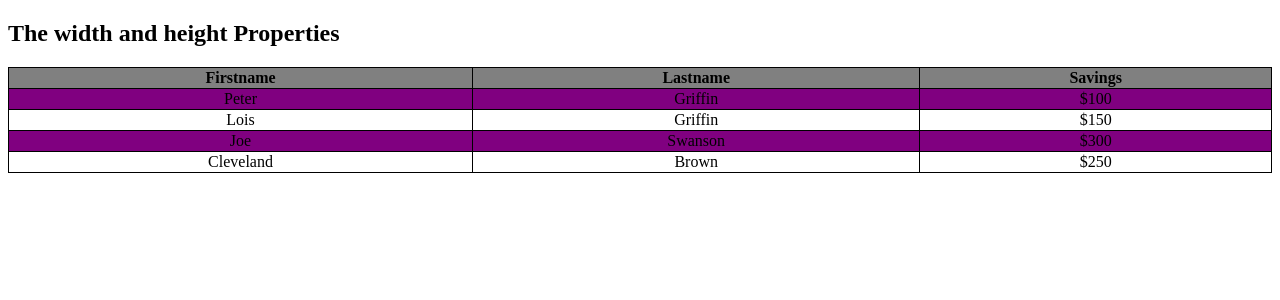
Repository: poomshen/team_03_project2
Page: WebBasic/WebContent/Ex22_Css_Table_LayOut.html
These files come from the project's save history. The page is drawn as it stood at one moment and after the next save; the edit follows.
The browser window is 1280 px wide. The pictures show the whole page.

Above is the page before, as saved 2016-08-29 06:15:44.

### WebBasic/WebContent/Ex22_Css_Table_LayOut.html
<!DOCTYPE html>
<html>
<head>
<meta charset="UTF-8">
<title>Insert title here</title>
<style type="text/css">
	table{
	  border-collapse: collapse; width: 100%;
	}
	table,th,td{
		border: 1px solid black;
	}
	td{
	text-align: center;
	}
	th{
	background-color: gray;
	}
	tr:NTH-CHILD(even) {
		background-color: purple;
	}
</style>
</head>
<body>

<h2>The width and height Properties</h2>

<table>
  <tr>
    <th>Firstname</th>
    <th>Lastname</th>
    <th>Savings</th>
  </tr>
  <tr>
    <td>Peter</td>
    <td>Griffin</td>
    <td>$100</td>
  </tr>
  <tr>
    <td>Lois</td>
    <td>Griffin</td>
    <td>$150</td>
  </tr>
  <tr>
    <td>Joe</td>
    <td>Swanson</td>
    <td>$300</td>
  </tr>
  <tr>
    <td>Cleveland</td>
    <td>Brown</td>
    <td>$250</td>
</tr>
</table>

</body>
</html>

After the next save:
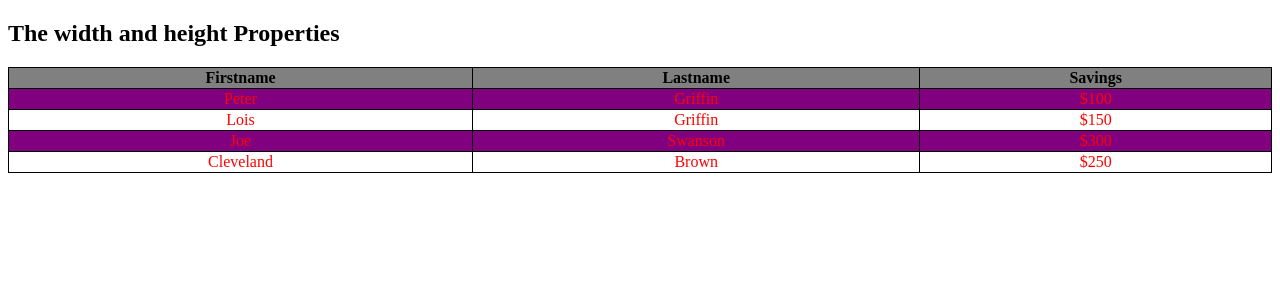
Saved 36 s later.
--- a/WebBasic/WebContent/Ex22_Css_Table_LayOut.html
+++ b/WebBasic/WebContent/Ex22_Css_Table_LayOut.html
@@ -12,6 +12,7 @@
 	}
 	td{
 	text-align: center;
+	color: red;
 	}
 	th{
 	background-color: gray;
